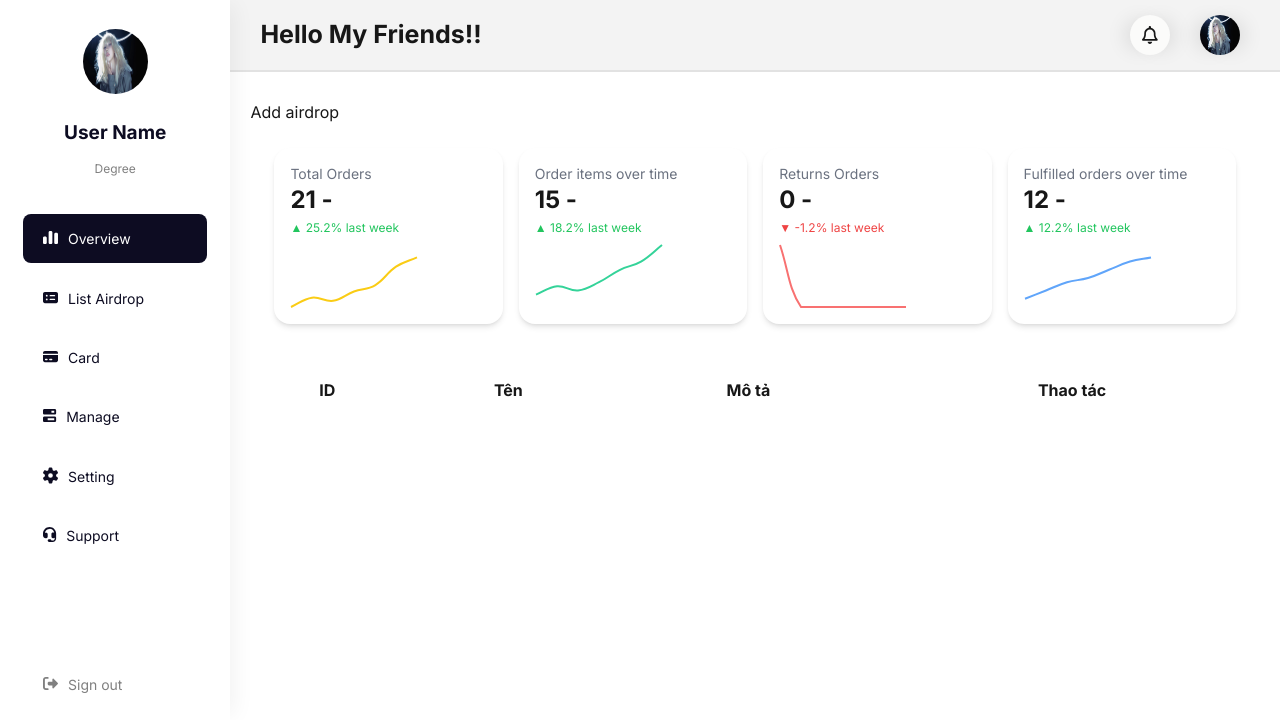
Repository: conGaStuer/airdropmamager
Page: /airdrops
An editor plug-in stored every save of this project. The page is shown before and after a run of saves, followed by the edit.
The browser window is 1280 px wide. The pictures show the whole page.
The page's requests for data from a server got no answer. The project was rebuilt for these pictures with package versions that can differ from the ones it lists, and the page was loaded fresh each time. The framework's server and built-in components were replaced by stand-ins that run in the browser. No one was signed in, and anything a server would have sent is missing. Also part of the build but not shown: next.config.ts.

Above is the page before, as saved 2025-05-26 19:44:40.

After the next 3 saves:
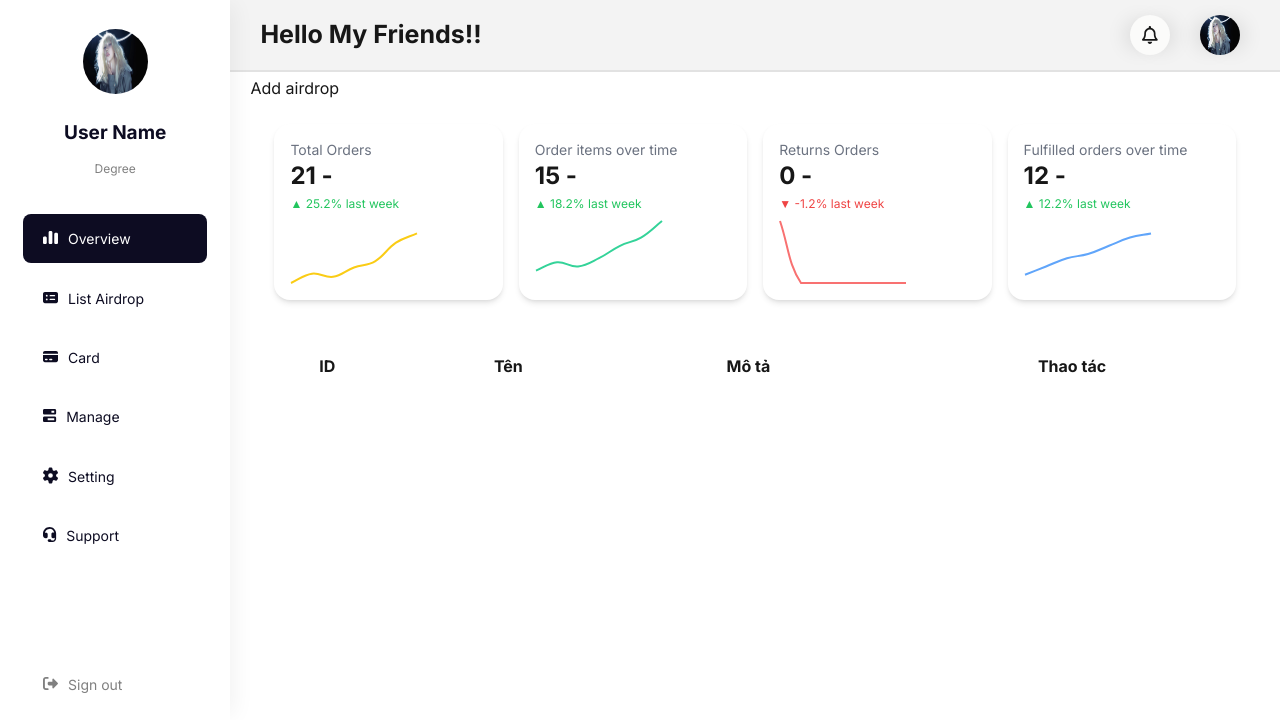
The 3 saves are shown as one change because they came seconds apart.
The last was saved 13 s later.
--- a/src/app/airdrops/layout.js
+++ b/src/app/airdrops/layout.js
@@ -10,7 +10,7 @@ export default function AirdropLayout({ children }) {
       <SideBar />
       <div className="flex-1">
         <NavBar />
-        <main className="pt-20 ">{children}</main>
+        <main className="pt-14 ">{children}</main>
       </div>
     </div>
   );
